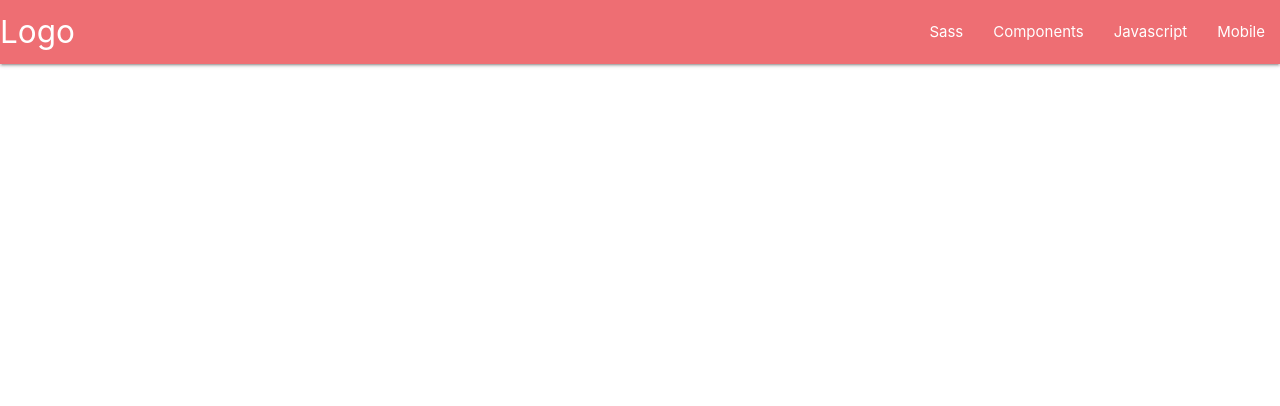
Repository: meghdadyazdi/SD_Res
Page: index.html
The author's editor kept a record of every edit. The page is drawn from the files as they stood at one moment, then again after the next edit.
The browser window is 1280 px wide. The pictures show the whole page.

Above is the page before.

After the next edit:
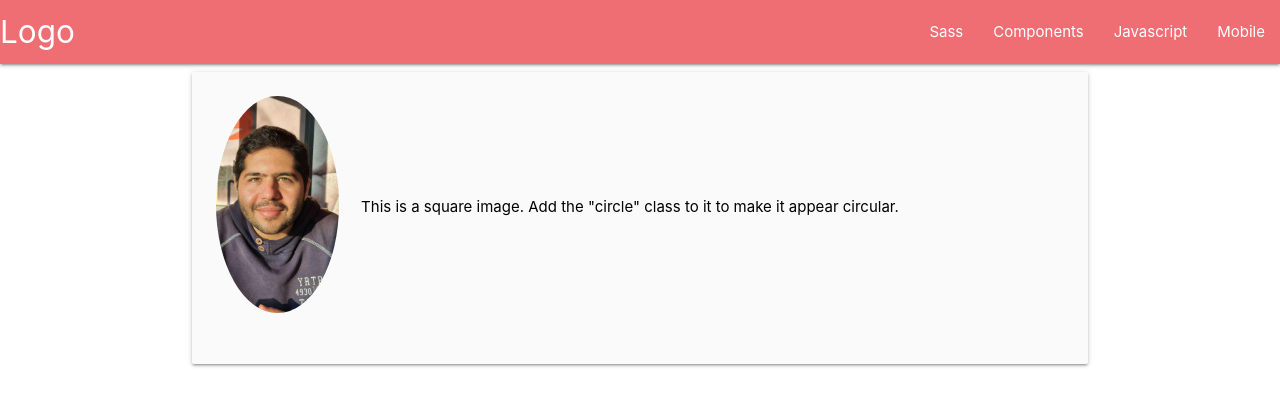
The edit:
--- a/index.html
+++ b/index.html
@@ -32,7 +32,23 @@
   </nav>
 
 
+<section class="container">
+  <div class="col s12 m8 offset-m2 l6 offset-l3">
+        <div class="card-panel grey lighten-5 z-depth-1">
+          <div class="row valign-wrapper">
+            <div class="col s2">
+              <img src="assets/images/meghdad.jpg" alt="" class="circle responsive-img"> <!-- notice the "circle" class -->
+            </div>
+            <div class="col s10">
+              <span class="black-text">
+                This is a square image. Add the "circle" class to it to make it appear circular.
+              </span>
+            </div>
+          </div>
+        </div>
+      </div>
 
+</section>
 
 
 
